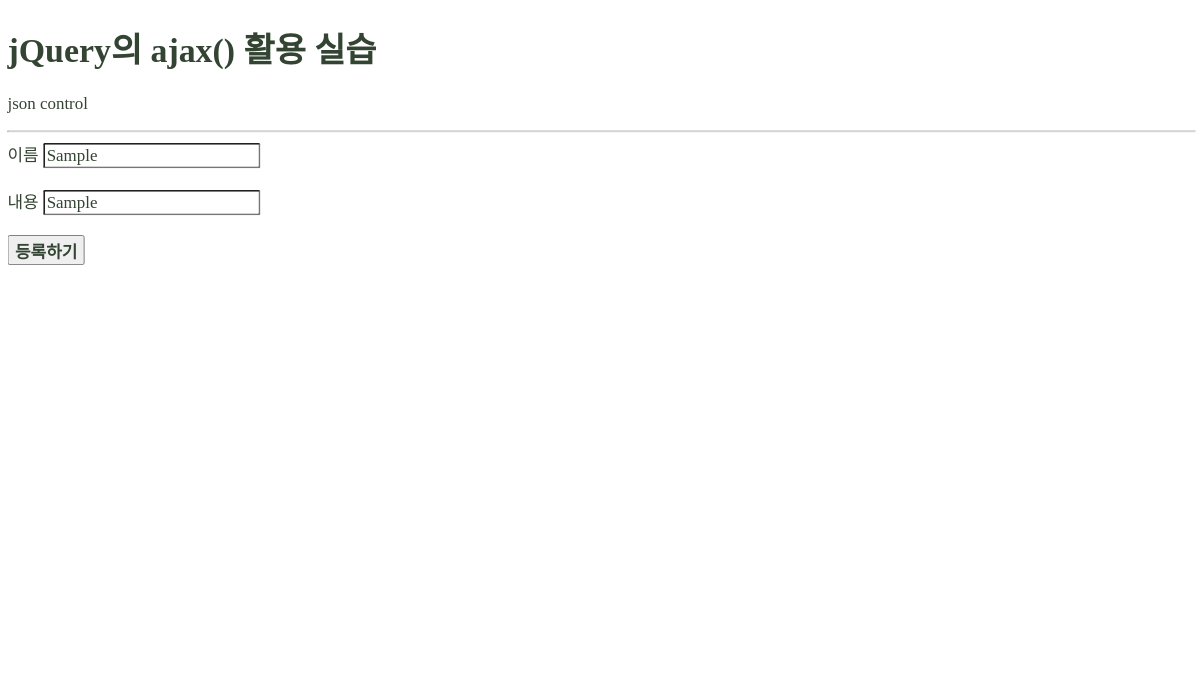
Repository: Jeong43/WebStudy
Page: http://localhost/AjaxJqueryApp05/JsonTest02.jsp
An editor plug-in stored every save of this project. The page is shown before and after the next save, followed by the edit.
The browser window is 1280 px wide. The pictures show the whole page, at 94% of full size.
Empty fields were first filled with sample values (such as "Sample", 5 or name@example.com).
After loading, the first visible `#sendBtn` was clicked once.
The page is served by Tomcat 9.

Above is the page before, as saved 2021-12-09 03:45:23.

### AjaxJqueryApp05/WebContent/JsonTest02.jsp
<%@ page contentType="text/html; charset=UTF-8"%>
<%@ taglib prefix="c" uri="http://java.sun.com/jsp/jstl/core"%>
<%
	request.setCharacterEncoding("UTF-8");
	String cp = request.getContextPath();
%>
<!DOCTYPE html>
<html>
<head>
<meta charset="UTF-8">
<title>JsonTest01.jsp</title>
<link rel="stylesheet" type="text/css" href="<%=cp %>/css/main.css">
<script type="text/javascript" src="http://code.jquery.com/jquery.min.js"></script>
<script type="text/javascript">

	$(function()
	{
		$("#sendBtn").click(function()
		{
			//alert("확인");

			var params = "name=" + $.trim($("#name").val()) + "&content=" + $.trim($("#content").val());

			$.ajax(
			{
				type : "POST"
				, url : "JsonTest02_ok.jsp"
				, data : params
				, dataType : "json"		// check~!!!
				, success : function(jsonObj)
	            {
		               var out = "";
		               /*
		               var num = jsonObj.num;
		               var name = jsonObj.name;
		               var content = jsonObj.content;

		               out += "<br>=======================";
		               out += "<br>번호: " + num;
		               out += "<br>이름: " + name;
		               out += "<br>내용: " + content;
		               out += "<br>=======================<br>";

		               $("#result").html(out);

		               $("#name").val("");
		               $("#content").val("");
		               $("#name").focus();
		               */

		               // 수신된 jsonObj 는 json 배열 객체
		               for(var idx=0; idx<jsonObj.length; idx++)	// 배열방 만큼 반복문 순환
	            	   {
		            	   var num = jsonObj[idx].num;
			               var name = jsonObj[idx].name;
			               var content = jsonObj[idx].content;

			               out += "<br>=======================";
			               out += "<br>번호: " + num;
			               out += "<br>이름: " + name;
			               out += "<br>내용: " + content;
			               out += "<br>=======================<br>";

	            	   }


	            }
				, beforeSend : showRequest
				, error : function(e)
				{
					alert("에러");
					alert(e.responseText);
				}
			});
		});
	});

	function showRequest()
	{
		var flag = true;

		if(!$("#name").val())
		{
			alert("이름을 입력해야 합니다.");
			$("#name").focus();
			flag = false;
		}

		if(!$("#content").val())
		{
			alert("내용을 입력해야 합니다.");
			$("#content").focus();
			flag = false;
		}

		return flag;
	}

</script>

</head>
<body>

<div>
	<h1>jQuery의 ajax() 활용 실습</h1>
	<p>json control</p>
	<hr />
</div>

<div>
	이름 <input type="text" id="name" class="txt" /><br /><br />
	내용 <input type="text" id="content" class="txt" /><br /><br />

	<input type="button" value="등록하기" id="sendBtn" class="btn"/>
</div>
<br /><br />

<div id="result">
</div>

</body>
</html>

### AjaxJqueryApp05/WebContent/css/main.css
@charset "UTF-8";


body, p, div, span, input, table, th, td, select
{
	font-size: 18px;
	color: #343;
	font-family: 맑은 고딕;
}

.txt
{
	font-weight: blod;
	border-radius: 2px;
}

.txt:focus
{
	background-color: #eeffee;
}

.control
{
	border: 1px solid gray;
	border-radius: 3px;
}

.table
{
	border-collapse: collapse;
	width: 100%;
}


.table th, .table td
{
	border: 1px solid gray;
	border-left: 0px;
	border-right: 0px;
	padding: 3px;
	line-height: 150%
}

.table th
{
	font-weight: bold;
	background-color: #EEE;
}

.btn
{
	font-weight: bold;
}

.btn:hover
{
	color: white;
	background-color: #778877;
}

### AjaxJqueryApp05/WebContent/JsonTest02_ok.jsp
<%@ page contentType="text/html; charset=UTF-8"%>
<%@ taglib prefix="c" uri="http://java.sun.com/jsp/jstl/core"%>
<%
	request.setCharacterEncoding("UTF-8");
	String cp = request.getContextPath();
%>
<%
	// JsonTest02_ok.jsp
	String name = request.getParameter("name");
	String content = request.getParameter("content");

	// 반환해줄 쿼리스트링
	String result = "";

	// JSON 데이터(배열)
	// [{"이름1":"값1", "이름2":"값2", "이름3":"값3"}, {"이름1":"값1", "이름2":"값2", "이름3":"값3"}]

	// {"num":"1", "name":"최현정", "content":"내용"},
	// {"num":"2", "name":"최현정", "content":"내용"},
	// {"num":"3", "name":"최현정", "content":"내용"},
	// {"num":"4", "name":"최현정", "content":"내용"},
	// {"num":"5", "name":"최현정", "content":"내용"},

	// {"num":"1", "name":"최현정", "content":"내용"},
	// {"num":"2", "name":"최현정", "content":"내용"},
	// {"num":"3", "name":"최현정", "content":"내용"},
	// {"num":"4", "name":"최현정", "content":"내용"},
	// {"num":"5", "name":"최현정", "content":"내용"}	← 마지막 콤마 삭제

	// [{"num":"1", "name":"최현정", "content":"내용"},
	// {"num":"2", "name":"최현정", "content":"내용"},
	// {"num":"3", "name":"최현정", "content":"내용"},
	// {"num":"4", "name":"최현정", "content":"내용"},
	// {"num":"5", "name":"최현정", "content":"내용"}]

	for(int n=1; n<=5; n++)
	{
		StringBuffer sb = new StringBuffer();

		// JsonTest01_ok.jsp 의 내용 복사&붙여넣기
		sb.append("{\"num\":\"" + 1 + "\"");
		sb.append(", \"name\":\"" + name + "\"");
		sb.append(", \"content\":\"" + content + "\"},");		// checek~!!! 『,』

		result += sb.toString();
	}

	// 마지막 『,』 탈락
	result = result.substring(0, result.length()-1);

	// json 배열 객체 구성
	result = "[" + result + "]";

	out.println(result);
%>

After the next save:
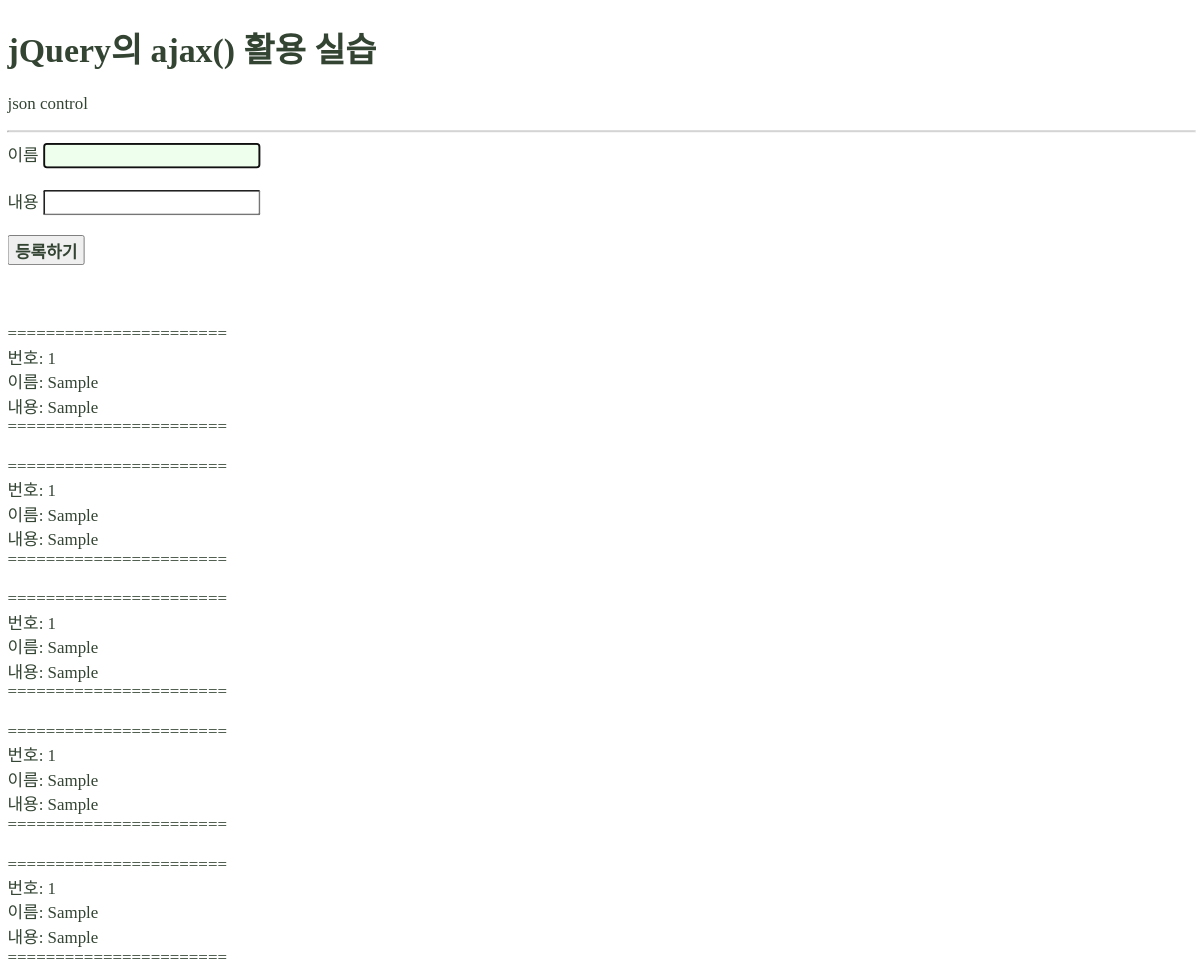
Saved 56 s later.
--- a/AjaxJqueryApp05/WebContent/JsonTest02.jsp
+++ b/AjaxJqueryApp05/WebContent/JsonTest02.jsp
@@ -63,6 +63,11 @@
 
 	            	   }
 
+		               $("#result").html(out);
+
+		               $("#name").val("");
+		               $("#content").val("");
+		               $("#name").focus();
 
 	            }
 				, beforeSend : showRequest
